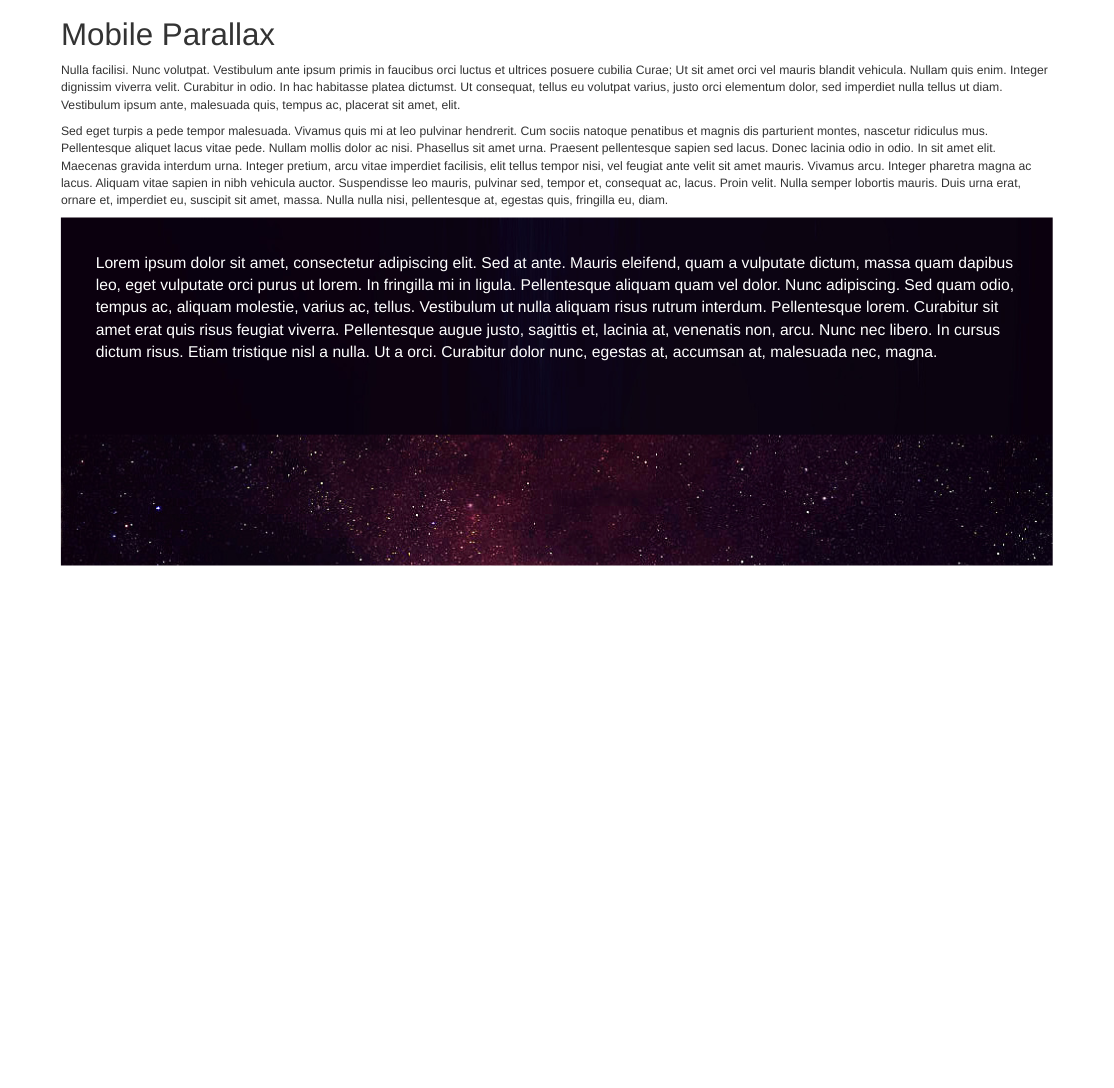
Repository: heshanera/HTML-CSS-JAVASCRITP
Page: parallax/parallax.html
The author's editor kept a record of every edit. The page is drawn from the files as they stood at one moment, then again after the next edit.
The browser window is 1280 px wide. The pictures show the whole page, at 87% of full size.
Some web libraries are served in a nearby version.

Above is the page before.

### parallax/parallax.html
<!DOCTYPE html>
<html lang="en">
  <head>
    <meta charset="utf-8">
    <meta name="viewport" content="width=device-width, initial-scale=1">

    <link rel="stylesheet" href="https://maxcdn.bootstrapcdn.com/bootstrap/3.3.7/css/bootstrap.min.css">
    <link rel="stylesheet" href="de_css/font-awesome/css/font-awesome.min.css">

    <script src="https://ajax.googleapis.com/ajax/libs/jquery/3.1.1/jquery.min.js"></script>
    <script src="https://maxcdn.bootstrapcdn.com/bootstrap/3.3.7/js/bootstrap.min.js"></script>

    <link rel="stylesheet" href="de_css/parallax.css">

    <script src="de_js/parallax.js"></script>

  </head>
  <body>

    <div class = "container">
      <h1> Mobile Parallax </h1>
      <p>
        Nulla facilisi. Nunc volutpat. Vestibulum ante ipsum primis in faucibus orci luctus et ultrices posuere cubilia Curae; Ut sit amet orci vel mauris blandit vehicula. Nullam quis enim. Integer dignissim viverra velit. Curabitur in odio. In hac habitasse platea dictumst. Ut consequat, tellus eu volutpat varius, justo orci elementum dolor, sed imperdiet nulla tellus ut diam. Vestibulum ipsum ante, malesuada quis, tempus ac, placerat sit amet, elit.
      </p>
      <p>
        Sed eget turpis a pede tempor malesuada. Vivamus quis mi at leo pulvinar hendrerit. Cum sociis natoque penatibus et magnis dis parturient montes, nascetur ridiculus mus. Pellentesque aliquet lacus vitae pede. Nullam mollis dolor ac nisi. Phasellus sit amet urna. Praesent pellentesque sapien sed lacus. Donec lacinia odio in odio. In sit amet elit. Maecenas gravida interdum urna. Integer pretium, arcu vitae imperdiet facilisis, elit tellus tempor nisi, vel feugiat ante velit sit amet mauris. Vivamus arcu. Integer pharetra magna ac lacus. Aliquam vitae sapien in nibh vehicula auctor. Suspendisse leo mauris, pulvinar sed, tempor et, consequat ac, lacus. Proin velit. Nulla semper lobortis mauris. Duis urna erat, ornare et, imperdiet eu, suscipit sit amet, massa. Nulla nulla nisi, pellentesque at, egestas quis, fringilla eu, diam.
      </p>

      <div class = "parallax-container">
        <div class="parallax-img-box" id="parallax1" style="background-image:url('de_imgs/parallax1.jpg')">
            <div class="parallax-content-box" >
              Lorem ipsum dolor sit amet, consectetur adipiscing elit. Sed at ante. Mauris eleifend, quam a vulputate dictum, massa quam dapibus leo, eget vulputate orci purus ut lorem. In fringilla mi in ligula. Pellentesque aliquam quam vel dolor. Nunc adipiscing. Sed quam odio, tempus ac, aliquam molestie, varius ac, tellus. Vestibulum ut nulla aliquam risus rutrum interdum. Pellentesque lorem. Curabitur sit amet erat quis risus feugiat viverra. Pellentesque augue justo, sagittis et, lacinia at, venenatis non, arcu. Nunc nec libero. In cursus dictum risus. Etiam tristique nisl a nulla. Ut a orci. Curabitur dolor nunc, egestas at, accumsan at, malesuada nec, magna.
            </div>
        </div>
      </div>
    </div>

    <div style = "margin-bottom:600px"></div>
  </body>
</html>

### parallax/de_css/parallax.css
.parallax-container{
  width:100%;
  min-height:400px;
}

.parallax-img-box{
  min-height:400px !important;
  padding: 40px 20px 20px 40px;
  background-size: cover;
}


.parallax-content-box{
  color:#fff;
  font-size: 18px;
}

### parallax/de_js/parallax.js
/*
$(document).ready(function(){
    var $wndw = $(window);

    var pos = $("#parallax1").offset().top;
    pos -= $(window).height();

    $(window).scroll(function() {
      console.log($(window).scrollTop());
      if ( ($(window).scrollTop() > pos) & ($(window).scrollTop() < pos + $('#parallax1').height()) ) {
        //alert(pos);

        $('#parallax1').each(function(){
            var scroll_speed = 1; // modified value
            var $this = $(this);
            $(window).scroll(function() {
                var bgScroll = -(($wndw.scrollTop() - $this.offset().top)/ scroll_speed);
                var bgPosition = 'center '+ bgScroll + 'px';
                $this.css({ backgroundPosition: bgPosition });
            });
        });
      } else { }
    });
});
*/

$(document).ready(function(){
  var $wndw = $(window);
    $('#parallax1').each(function(){
        var scroll_speed = 1; // modified value
        var $this = $(this);
        $(window).scroll(function() {
            var bgScroll = -(($wndw.scrollTop() - $this.offset().top)/ scroll_speed);
            var bgPosition = 'center '+ bgScroll + 'px';
            $this.css({ backgroundPosition: bgPosition });
        });
    });
});

Loaded but not shown: parallax/de_css/font-awesome/css/font-awesome.min.css (library)

After the next edit:
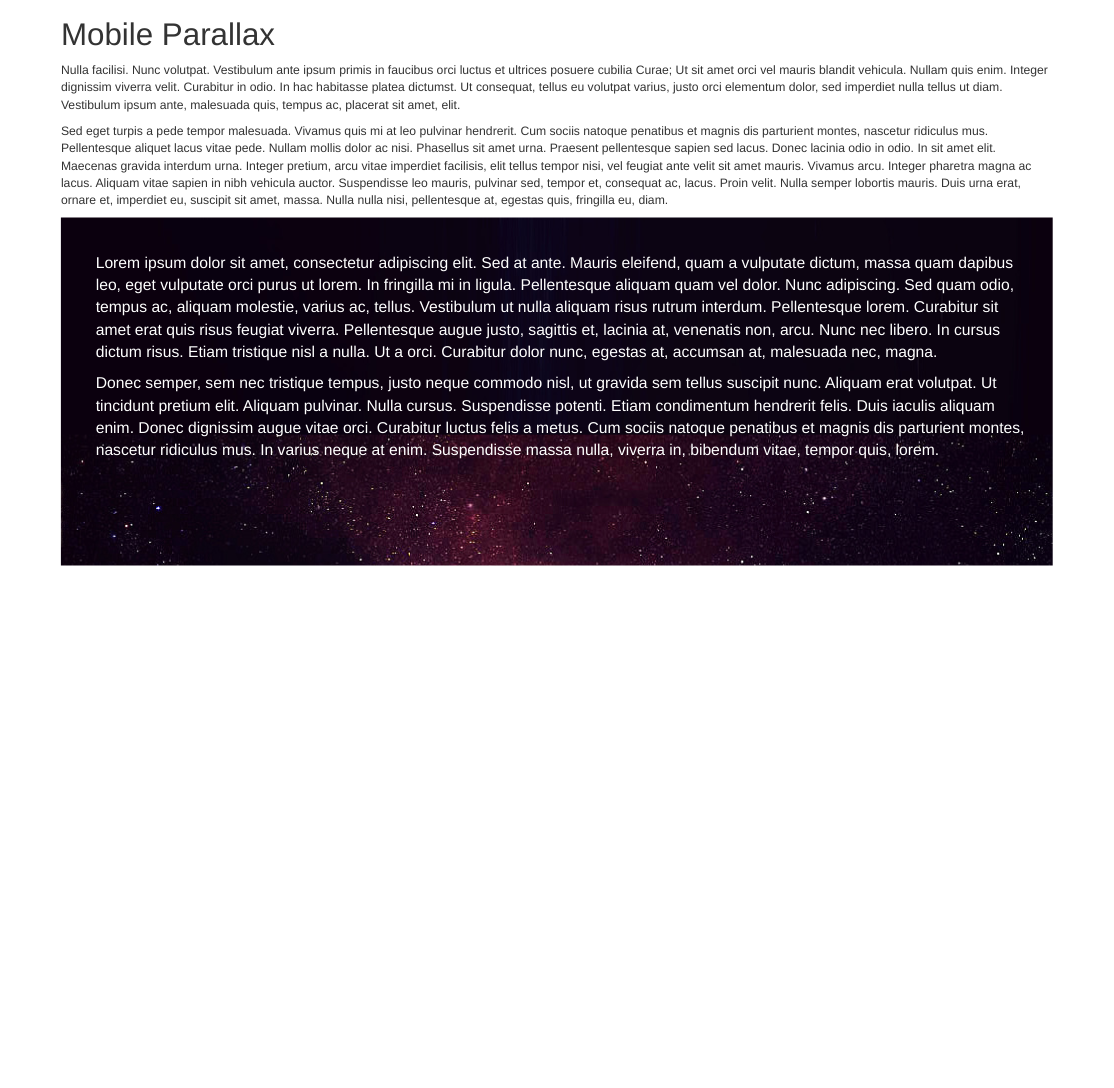
The edit:
--- a/parallax/parallax.html
+++ b/parallax/parallax.html
@@ -29,7 +29,12 @@
       <div class = "parallax-container">
         <div class="parallax-img-box" id="parallax1" style="background-image:url('de_imgs/parallax1.jpg')">
             <div class="parallax-content-box" >
-              Lorem ipsum dolor sit amet, consectetur adipiscing elit. Sed at ante. Mauris eleifend, quam a vulputate dictum, massa quam dapibus leo, eget vulputate orci purus ut lorem. In fringilla mi in ligula. Pellentesque aliquam quam vel dolor. Nunc adipiscing. Sed quam odio, tempus ac, aliquam molestie, varius ac, tellus. Vestibulum ut nulla aliquam risus rutrum interdum. Pellentesque lorem. Curabitur sit amet erat quis risus feugiat viverra. Pellentesque augue justo, sagittis et, lacinia at, venenatis non, arcu. Nunc nec libero. In cursus dictum risus. Etiam tristique nisl a nulla. Ut a orci. Curabitur dolor nunc, egestas at, accumsan at, malesuada nec, magna.
+              <p>
+                Lorem ipsum dolor sit amet, consectetur adipiscing elit. Sed at ante. Mauris eleifend, quam a vulputate dictum, massa quam dapibus leo, eget vulputate orci purus ut lorem. In fringilla mi in ligula. Pellentesque aliquam quam vel dolor. Nunc adipiscing. Sed quam odio, tempus ac, aliquam molestie, varius ac, tellus. Vestibulum ut nulla aliquam risus rutrum interdum. Pellentesque lorem. Curabitur sit amet erat quis risus feugiat viverra. Pellentesque augue justo, sagittis et, lacinia at, venenatis non, arcu. Nunc nec libero. In cursus dictum risus. Etiam tristique nisl a nulla. Ut a orci. Curabitur dolor nunc, egestas at, accumsan at, malesuada nec, magna.
+              </p>
+              <p>
+                Donec semper, sem nec tristique tempus, justo neque commodo nisl, ut gravida sem tellus suscipit nunc. Aliquam erat volutpat. Ut tincidunt pretium elit. Aliquam pulvinar. Nulla cursus. Suspendisse potenti. Etiam condimentum hendrerit felis. Duis iaculis aliquam enim. Donec dignissim augue vitae orci. Curabitur luctus felis a metus. Cum sociis natoque penatibus et magnis dis parturient montes, nascetur ridiculus mus. In varius neque at enim. Suspendisse massa nulla, viverra in, bibendum vitae, tempor quis, lorem.
+              </p>
             </div>
         </div>
       </div>
